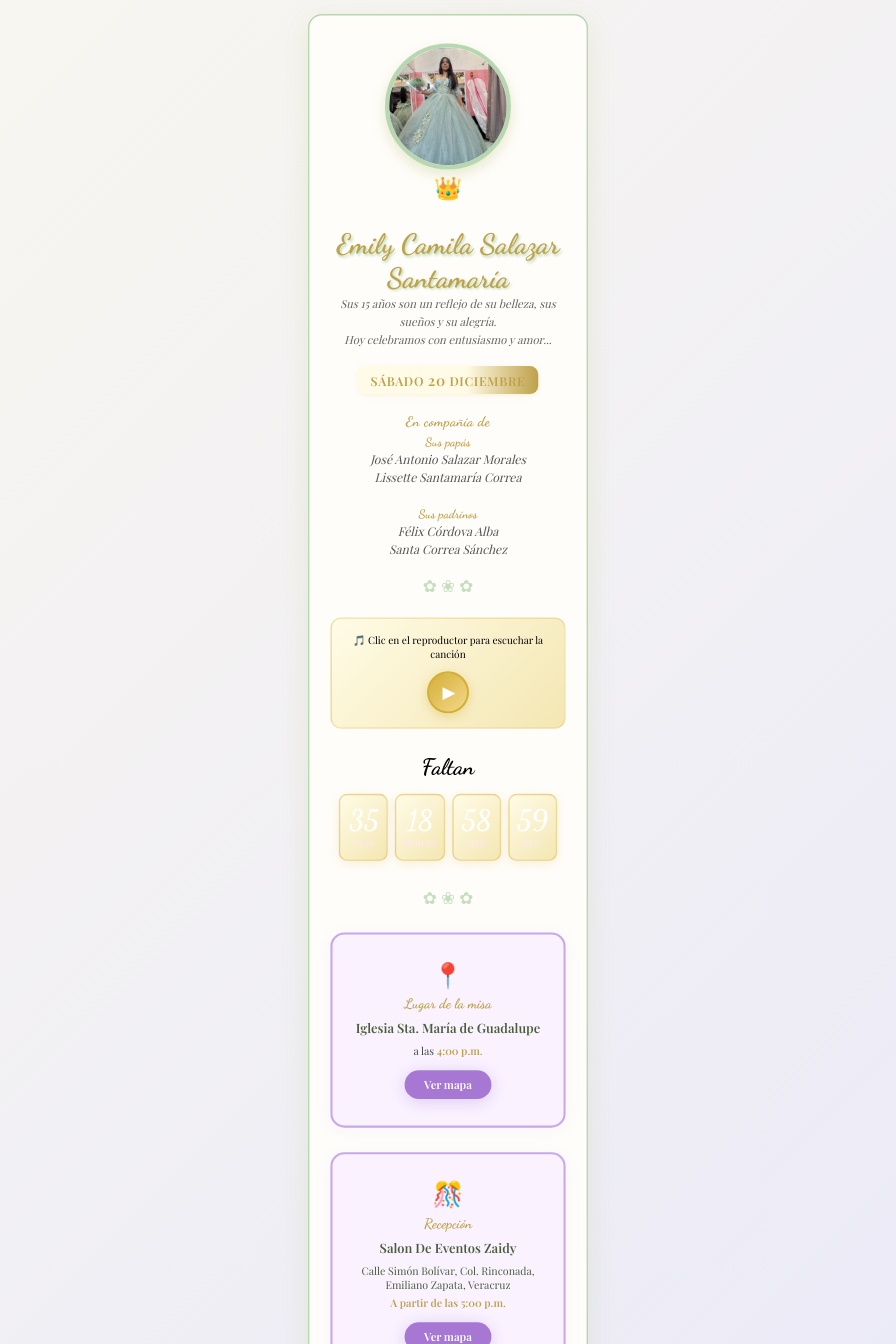
Repository: Jurgt2/InvitacionXvCamila
Page: index.html
An editor plug-in stored every save of this project. The page is shown before and after the next save, followed by the edit.
The browser window is 1280 px wide. The pictures show the part of the page from y = 0 to 1920 px (the page is 3219 px tall), at 70% of full size.
Some web fonts or font styles are not loaded; a fallback is used.

Above is the page before, as saved 2025-11-15 14:20:04.
Console error: TypeError: Cannot read properties of null (reading 'href')

After the next save:
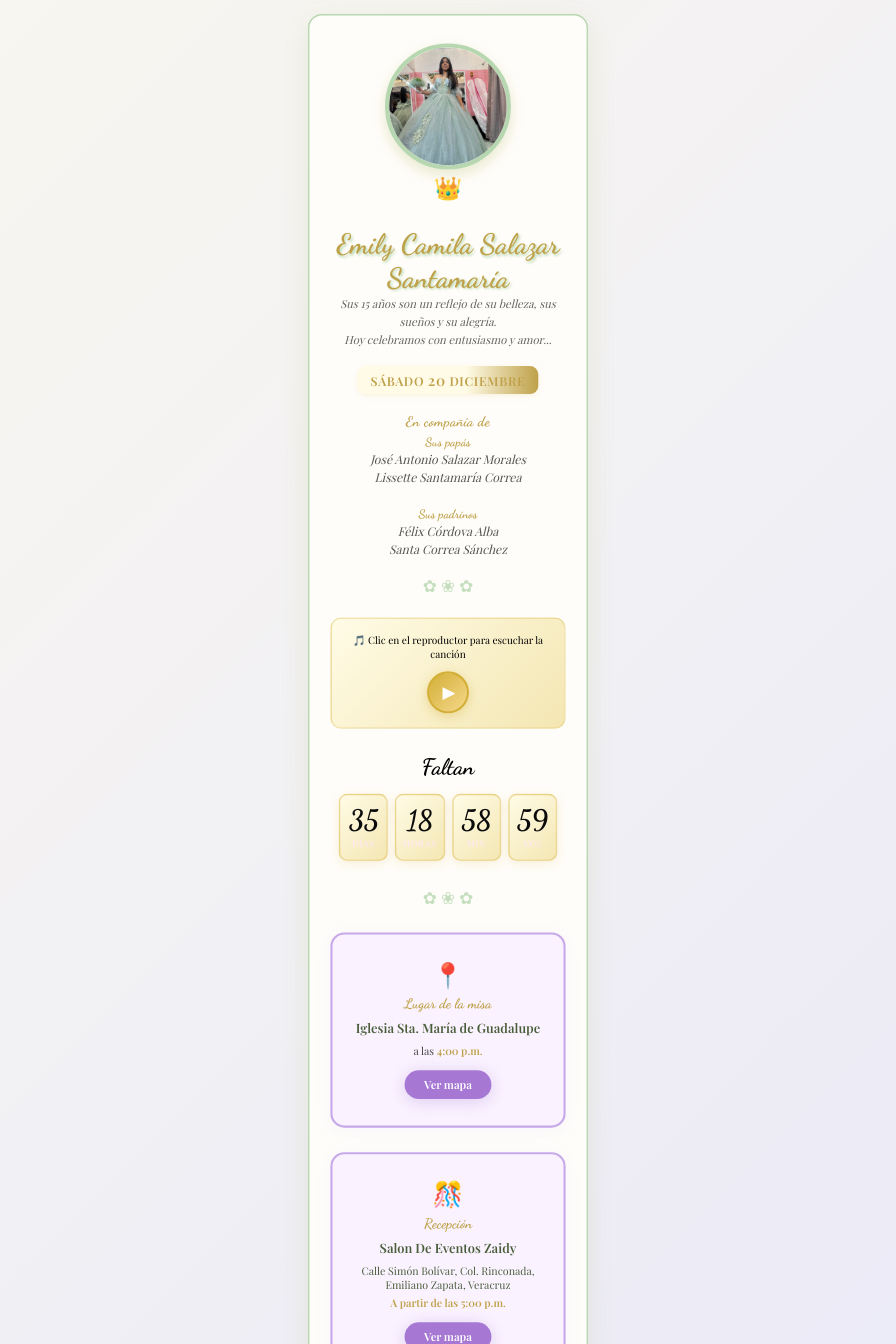
Saved 2 min 40 s later.
--- a/style.css
+++ b/style.css
@@ -189,7 +189,7 @@ body {
 .countdown-number {
     font-family: 'Dancing Script', cursive;
     font-size: 2.5rem;
-    color: white;
+    color: rgb(11, 11, 11);
     font-weight: 700;
     line-height: 1;
 }
